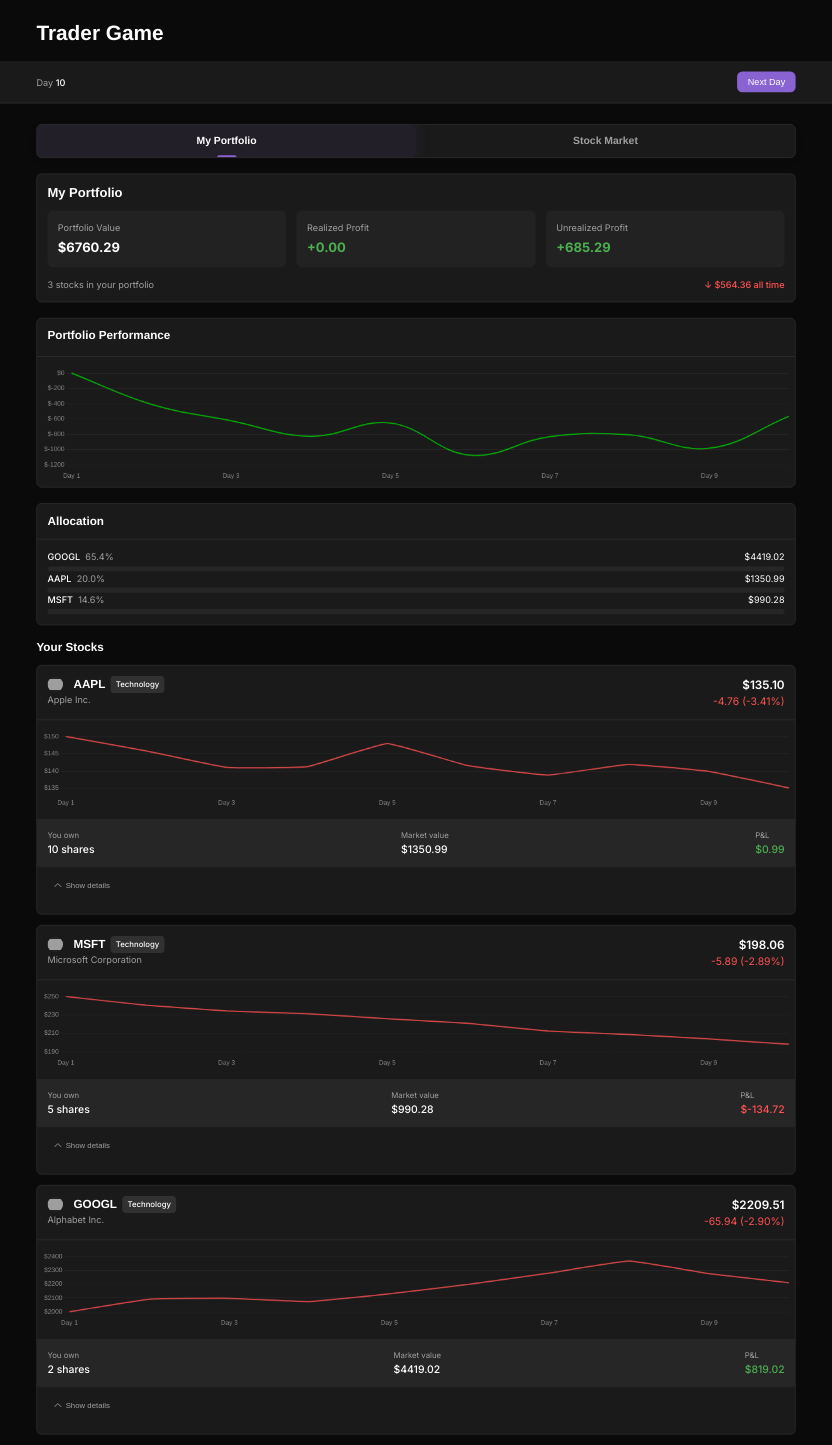
Repository: jp-valino/tradergame
Page: / (app in web-ui/)
The author's editor kept a copy of each file at every save. The page is drawn from the files as they stood at one save, then again after the next save.
The browser window is 1280 px wide. The pictures show the whole page, at 65% of full size.
Pictures or frames that could not be fetched are drawn as grey boxes. Some web fonts or font styles are not loaded; a fallback is used. The project was rebuilt for these pictures with package versions that can differ from the ones it lists, and the page was loaded fresh each time. Also part of the build but not shown: web-ui/src/components/StockMarket.tsx.

Above is the page before, as saved 2025-03-14 20:38:03.

### web-ui/public/index.html
<!DOCTYPE html>
<html lang="en">
  <head>
    <meta charset="utf-8" />
    <link rel="icon" href="%PUBLIC_URL%/favicon.ico" />
    <meta name="viewport" content="width=device-width, initial-scale=1" />
    <meta name="theme-color" content="#1e1e1e" />
    <meta
      name="description"
      content="Trader Game - A stock trading simulation game"
    />
    <link rel="apple-touch-icon" href="%PUBLIC_URL%/logo192.png" />
    <link rel="manifest" href="%PUBLIC_URL%/manifest.json" />
    <title>Trader Game</title>
    <link href="https://fonts.googleapis.com/css2?family=Switzer:wght@300;400;500;600;700&display=swap" rel="stylesheet">
  </head>
  <body>
    <noscript>You need to enable JavaScript to run this app.</noscript>
    <div id="root"></div>
    <!--
      This HTML file is a template.
      If you open it directly in the browser, you will see an empty page.

      You can add webfonts, meta tags, or analytics to this file.
      The build step will place the bundled scripts into the <body> tag.

      To begin the development, run `npm start` or `yarn start`.
      To create a production bundle, use `npm run build` or `yarn build`.
    -->
    <script>
      // Handle scrolling header effect
      document.addEventListener('DOMContentLoaded', function() {
        const handleScroll = () => {
          const header = document.querySelector('.site-header');
          if (header) {
            if (window.scrollY > 50) {
              header.classList.add('scrolled');
            } else {
              header.classList.remove('scrolled');
            }
          }
        };

        window.addEventListener('scroll', handleScroll);
        handleScroll(); // Initial check
      });
    </script>
  </body>
</html>

### web-ui/src/index.tsx
import React from 'react';
import ReactDOM from 'react-dom/client';
import App from './App';
import './styles/index.css';

const root = ReactDOM.createRoot(
  document.getElementById('root') as HTMLElement
);

root.render(
  <React.StrictMode>
    <App />
  </React.StrictMode>
);

### web-ui/src/components/Header.tsx
import React from 'react';
import { StockPortfolio } from '../types';

interface HeaderProps {
  portfolio: StockPortfolio | null;
  onProgressDay: () => void;
  onReset: () => void;
  onSave: () => void;
  onLoad: () => void;
}

const Header: React.FC<HeaderProps> = ({
  portfolio,
  onProgressDay,
  onReset,
  onSave,
  onLoad
}) => {
  return (
    <div className="app-header mb-4">
      <div className="container flex justify-between items-center">
        <div className="flex items-center">
          <div className="mr-8">
            <p className="text-secondary text-sm">
              Day <span className="text-primary font-medium">{portfolio?.tradingDay || 1}</span>
            </p>
          </div>

          {portfolio && (
            <div className="hidden md:flex items-center">
              <div className="stock-badge mr-2 badge-bull">
                <span className={`${portfolio.marketState === 'BULL' ? 'text-success' : 'text-secondary'}`}>
                  BULL
                </span>
              </div>
              <div className="stock-badge mr-2 badge-bear">
                <span className={`${portfolio.marketState === 'BEAR' ? 'text-error' : 'text-secondary'}`}>
                  BEAR
                </span>
              </div>
            </div>
          )}
        </div>

        <div className="hidden md:flex gap-6">
          {portfolio && (
            <div className="text-right">
              <p className="text-secondary text-xs">Cash</p>
              <p className="text-lg font-medium">
                ${portfolio.cash.toFixed(2)}
              </p>
            </div>
          )}
          {portfolio && (
            <div className="text-right">
              <p className="text-secondary text-xs">Portfolio Value</p>
              <p className="text-lg font-medium">
                ${portfolio.portfolioValue.toFixed(2)}
              </p>
            </div>
          )}
          {portfolio && (
            <div className="text-right">
              <p className="text-secondary text-xs">Total P&L</p>
              <p className={`text-lg font-medium ${portfolio.totalPnl >= 0 ? 'text-success' : 'text-error'}`}>
                ${portfolio.totalPnl.toFixed(2)}
              </p>
            </div>
          )}
        </div>

        <div className="flex gap-2">
          <button className="btn" onClick={onProgressDay}>
            Next Day
          </button>
          <div className="hidden md:flex gap-2">
            <button className="btn btn-secondary" onClick={onSave}>
              Save
            </button>
            <button className="btn btn-secondary" onClick={onLoad}>
              Load
            </button>
            <button className="btn btn-secondary" onClick={onReset}>
              Reset
            </button>
          </div>
          <div className="md:hidden">
            <button className="btn btn-secondary p-2" onClick={() => {
              const menu = document.getElementById('mobile-menu');
              if (menu) {
                menu.classList.toggle('hidden');
              }
            }}>
              ☰
            </button>
          </div>
        </div>
      </div>

      {/* Mobile menu */}
      <div id="mobile-menu" className="hidden md:hidden mt-4 p-4 bg-secondary rounded fade-in">
        <div className="flex justify-between mb-4">
          {portfolio && (
            <div>
              <p className="text-secondary text-xs">Cash</p>
              <p className="text-md font-medium">
                ${portfolio.cash.toFixed(2)}
              </p>
            </div>
          )}
          {portfolio && (
            <div>
              <p className="text-secondary text-xs">Portfolio Value</p>
              <p className="text-md font-medium">
                ${portfolio.portfolioValue.toFixed(2)}
              </p>
            </div>
          )}
        </div>
        <div className="flex gap-2 justify-between">
          <button className="btn btn-secondary flex-1" onClick={onSave}>
            Save
          </button>
          <button className="btn btn-secondary flex-1" onClick={onLoad}>
            Load
          </button>
          <button className="btn btn-secondary flex-1" onClick={onReset}>
            Reset
          </button>
        </div>
      </div>
    </div>
  );
};

export default Header;

### web-ui/src/components/Portfolio.tsx
import React from 'react';
import { Stock } from '../types';
import StockCard from './StockCard';
import { Line } from 'react-chartjs-2';
import {
  Chart as ChartJS,
  CategoryScale,
  LinearScale,
  PointElement,
  LineElement,
  Title,
  Tooltip,
  Legend,
  ChartOptions
} from 'chart.js';

// Register Chart.js components
ChartJS.register(
  CategoryScale,
  LinearScale,
  PointElement,
  LineElement,
  Title,
  Tooltip,
  Legend
);

interface PortfolioProps {
  stocks: Stock[];
  pnlHistory: number[];
  onSell: (symbol: string, quantity: number) => void;
}

const Portfolio: React.FC<PortfolioProps> = ({ stocks, pnlHistory, onSell }) => {
  const chartData = {
    labels: Array.from({ length: pnlHistory.length }, (_, i) => `Day ${i + 1}`),
    datasets: [
      {
        label: 'Portfolio P&L',
        data: pnlHistory,
        borderColor: 'rgba(0, 200, 5, 0.8)',
        backgroundColor: 'rgba(0, 200, 5, 0.1)',
        tension: 0.4,
        borderWidth: 2,
        pointRadius: 0,
        pointHoverRadius: 4,
        fill: true,
      },
    ],
  };

  const chartOptions: ChartOptions<'line'> = {
    responsive: true,
    maintainAspectRatio: false,
    scales: {
      y: {
        type: 'linear',
        ticks: {
          color: 'rgba(160, 160, 160, 0.8)',
          font: {
            size: 10,
          },
          callback: function(tickValue: number | string) {
            return `$${Number(tickValue).toFixed(0)}`;
          },
        },
        grid: {
          color: 'rgba(255, 255, 255, 0.05)',
        },
        border: {
          display: false,
        }
      },
      x: {
        ticks: {
          color: 'rgba(160, 160, 160, 0.8)',
          maxRotation: 0,
          autoSkip: true,
          maxTicksLimit: 5,
          font: {
            size: 10,
          }
        },
        grid: {
          display: false,
        },
        border: {
          display: false,
        }
      },
    },
    plugins: {
      legend: {
        display: false,
      },
      tooltip: {
        backgroundColor: 'rgba(26, 26, 26, 0.9)',
        titleColor: '#ffffff',
        bodyColor: '#ffffff',
        borderColor: 'rgba(0, 200, 5, 0.8)',
        borderWidth: 1,
        padding: 10,
        cornerRadius: 4,
        displayColors: false,
        callbacks: {
          label: function(context: any) {
            return `$${context.raw.toFixed(2)}`;
          },
        },
      },
    },
    interaction: {
      mode: 'index',
      intersect: false,
    },
  };

  // Calculate total portfolio value
  const totalValue = stocks.reduce((sum, stock) => sum + (stock.currentPrice * stock.quantity), 0);

  // Calculate total realized profit
  const totalRealizedProfit = stocks.reduce((sum, stock) => sum + stock.realizedProfit, 0);

  // Calculate total potential profit
  const totalPotentialProfit = stocks.reduce((sum, stock) => sum + stock.potentialProfit, 0);

  // Calculate allocation percentages
  const stocksWithAllocation = stocks.map(stock => ({
    ...stock,
    allocation: (stock.currentPrice * stock.quantity) / totalValue * 100
  }));

  // Sort by allocation (highest first)
  const sortedStocks = [...stocksWithAllocation].sort((a, b) =>
    (b.currentPrice * b.quantity) - (a.currentPrice * a.quantity)
  );

  return (
    <div>
      <div className="card mb-6 p-4">
        <h2 className="text-xl font-bold mb-4">My Portfolio</h2>

        <div className="grid grid-cols-1 md:grid-cols-3 gap-4 mb-4">
          <div className="bg-secondary p-4 rounded">
            <div className="text-secondary text-sm mb-1">Portfolio Value</div>
            <div className="text-xl font-bold">${totalValue.toFixed(2)}</div>
          </div>

          <div className="bg-secondary p-4 rounded">
            <div className="text-secondary text-sm mb-1">Realized Profit</div>
            <div className={`text-xl font-bold ${totalRealizedProfit >= 0 ? 'text-success' : 'text-error'}`}>
              {totalRealizedProfit >= 0 ? '+' : ''}{totalRealizedProfit.toFixed(2)}
            </div>
          </div>

          <div className="bg-secondary p-4 rounded">
            <div className="text-secondary text-sm mb-1">Unrealized Profit</div>
            <div className={`text-xl font-bold ${totalPotentialProfit >= 0 ? 'text-success' : 'text-error'}`}>
              {totalPotentialProfit >= 0 ? '+' : ''}{totalPotentialProfit.toFixed(2)}
            </div>
          </div>
        </div>

        <div className="flex justify-between items-center">
          <div className="text-secondary text-sm">
            {stocks.length > 0 ? (
              <>{stocks.length} stock{stocks.length !== 1 ? 's' : ''} in your portfolio</>
            ) : (
              <>No stocks in your portfolio</>
            )}
          </div>

          {pnlHistory.length > 0 && (
            <div className={`text-sm font-medium ${pnlHistory[pnlHistory.length - 1] >= 0 ? 'text-success' : 'text-error'}`}>
              {pnlHistory[pnlHistory.length - 1] >= 0 ? '↑' : '↓'} ${Math.abs(pnlHistory[pnlHistory.length - 1]).toFixed(2)} all time
            </div>
          )}
        </div>
      </div>

      {pnlHistory.length > 0 && (
        <div className="card mb-6 overflow-hidden">
          <div className="p-4 border-b border-color-border">
            <h3 className="text-lg font-bold mb-1">Portfolio Performance</h3>
          </div>
          <div style={{ height: '200px', padding: '16px 8px 8px 8px' }}>
            <Line data={chartData} options={chartOptions} />
          </div>
        </div>
      )}

      {stocks.length > 0 && (
        <div className="card mb-6 overflow-hidden">
          <div className="p-4 border-b border-color-border">
            <h3 className="text-lg font-bold">Allocation</h3>
          </div>
          <div className="p-4">
            {sortedStocks.map(stock => (
              <div key={`allocation-${stock.symbol}`} className="mb-3 last:mb-0">
                <div className="flex justify-between text-sm mb-1">
                  <div className="flex items-center">
                    <span className="font-medium">{stock.symbol}</span>
                    <span className="text-secondary ml-2">{stock.allocation.toFixed(1)}%</span>
                  </div>
                  <span>${(stock.currentPrice * stock.quantity).toFixed(2)}</span>
                </div>
                <div className="bg-tertiary rounded-full h-2 w-full overflow-hidden">
                  <div
                    className="bg-accent h-full rounded-full"
                    style={{ width: `${stock.allocation}%` }}
                  ></div>
                </div>
              </div>
            ))}
          </div>
        </div>
      )}

      <h3 className="text-lg font-bold mb-4">Your Stocks</h3>

      {stocks.length === 0 ? (
        <div className="card text-center p-8">
          <div className="mb-4">
            <svg width="64" height="64" viewBox="0 0 24 24" fill="none" xmlns="http://www.w3.org/2000/svg" className="mx-auto mb-4">
              <path d="M12 22C17.5228 22 22 17.5228 22 12C22 6.47715 17.5228 2 12 2C6.47715 2 2 6.47715 2 12C2 17.5228 6.47715 22 12 22Z" stroke="rgba(160, 160, 160, 0.5)" strokeWidth="2" strokeLinecap="round" strokeLinejoin="round"/>
              <path d="M8 14C8 14 9.5 16 12 16C14.5 16 16 14 16 14" stroke="rgba(160, 160, 160, 0.5)" strokeWidth="2" strokeLinecap="round" strokeLinejoin="round"/>
              <path d="M9 9H9.01" stroke="rgba(160, 160, 160, 0.5)" strokeWidth="2" strokeLinecap="round" strokeLinejoin="round"/>
              <path d="M15 9H15.01" stroke="rgba(160, 160, 160, 0.5)" strokeWidth="2" strokeLinecap="round" strokeLinejoin="round"/>
            </svg>
          </div>
          <h3 className="text-lg font-bold mb-2">Your portfolio is empty</h3>
          <p className="text-secondary mb-4">You don't own any stocks yet.</p>
          <p className="text-secondary">Go to the Stock Market tab to start trading!</p>
        </div>
      ) : (
        <div className="grid grid-cols-1 gap-4">
          {stocks.map((stock) => (
            <StockCard
              key={stock.symbol}
              stock={stock}
              onSell={onSell}
              onBuy={undefined}
            />
          ))}
        </div>
      )}
    </div>
  );
};

export default Portfolio;

### web-ui/src/services/api.ts
import axios from 'axios';
import { Stock, StockPortfolio, StockTransaction, NewStockRequest } from '../types';
import {
  getMockPortfolio,
  mockBuyStock,
  mockSellStock,
  mockProgressDay,
  mockResetPortfolio,
  mockCreateStock
} from './mockData';

// Flag to determine whether to use mock data or real API
const USE_MOCK_DATA = true;

const API_URL = '/api/portfolio';

export const getPortfolio = async (): Promise<StockPortfolio> => {
  if (USE_MOCK_DATA) {
    // Simulate network delay
    await new Promise(resolve => setTimeout(resolve, 500));
    return getMockPortfolio();
  }

  const response = await axios.get<StockPortfolio>(API_URL);
  return response.data;
};

export const getStocks = async (): Promise<Stock[]> => {
  if (USE_MOCK_DATA) {
    // Simulate network delay
    await new Promise(resolve => setTimeout(resolve, 500));
    return getMockPortfolio().stocks;
  }

  const response = await axios.get<Stock[]>(`${API_URL}/stocks`);
  return response.data;
};

export const getStockPool = async (): Promise<Stock[]> => {
  if (USE_MOCK_DATA) {
    // Simulate network delay
    await new Promise(resolve => setTimeout(resolve, 500));
    return getMockPortfolio().stockPool;
  }

  const response = await axios.get<Stock[]>(`${API_URL}/pool`);
  return response.data;
};

export const buyStock = async (symbol: string, quantity: number): Promise<StockTransaction> => {
  if (USE_MOCK_DATA) {
    // Simulate network delay
    await new Promise(resolve => setTimeout(resolve, 500));
    const result = mockBuyStock(symbol, quantity);
    return {
      symbol,
      quantity,
      price: result.price,
      type: 'BUY',
      date: new Date().toISOString()
    };
  }

  const response = await axios.post<StockTransaction>(`${API_URL}/buy`, { symbol, quantity });
  return response.data;
};

export const sellStock = async (symbol: string, quantity: number): Promise<StockTransaction> => {
  if (USE_MOCK_DATA) {
    // Simulate network delay
    await new Promise(resolve => setTimeout(resolve, 500));
    const result = mockSellStock(symbol, quantity);
    return {
      symbol,
      quantity,
      price: result.price,
      type: 'SELL',
      date: new Date().toISOString()
    };
  }

  const response = await axios.post<StockTransaction>(`${API_URL}/sell`, { symbol, quantity });
  return response.data;
};

export const progressDay = async (): Promise<StockPortfolio> => {
  if (USE_MOCK_DATA) {
    // Simulate network delay
    await new Promise(resolve => setTimeout(resolve, 500));
    mockProgressDay();
    return getMockPortfolio();
  }

  const response = await axios.post<StockPortfolio>(`${API_URL}/progress-day`);
  return response.data;
};

export const resetPortfolio = async (): Promise<StockPortfolio> => {
  if (USE_MOCK_DATA) {
    // Simulate network delay
    await new Promise(resolve => setTimeout(resolve, 500));
    mockResetPortfolio();
    return getMockPortfolio();
  }

  const response = await axios.post<StockPortfolio>(`${API_URL}/reset`);
  return response.data;
};

export const savePortfolio = async (): Promise<void> => {
  if (USE_MOCK_DATA) {
    // Simulate network delay
    await new Promise(resolve => setTimeout(resolve, 500));
    // In mock mode, we don't need to do anything for save
    return;
  }

  await axios.post(`${API_URL}/save`);
};

export const loadPortfolio = async (): Promise<StockPortfolio> => {
  if (USE_MOCK_DATA) {
    // Simulate network delay
    await new Promise(resolve => setTimeout(resolve, 500));
    // In mock mode, just return the current portfolio
    return getMockPortfolio();
  }

  const response = await axios.post<StockPortfolio>(`${API_URL}/load`);
  return response.data;
};

export const createStock = async (name: string, symbol: string, sector: string): Promise<Stock> => {
  if (USE_MOCK_DATA) {
    // Simulate network delay
    await new Promise(resolve => setTimeout(resolve, 500));
    mockCreateStock(name, symbol, sector);
    const portfolio = getMockPortfolio();
    return portfolio.stockPool.find(s => s.symbol === symbol) as Stock;
  }

  const response = await axios.post<Stock>(`${API_URL}/create-stock`, { name, symbol, sector });
  return response.data;
};

Loaded but not shown: web-ui/src/styles/index.css (911 lines, source omitted); web-ui/src/components/StockCard.tsx (351 lines, source omitted); web-ui/src/App.tsx (310 lines, source omitted); web-ui/src/services/mockData.ts (294 lines, source omitted)

After the next save:
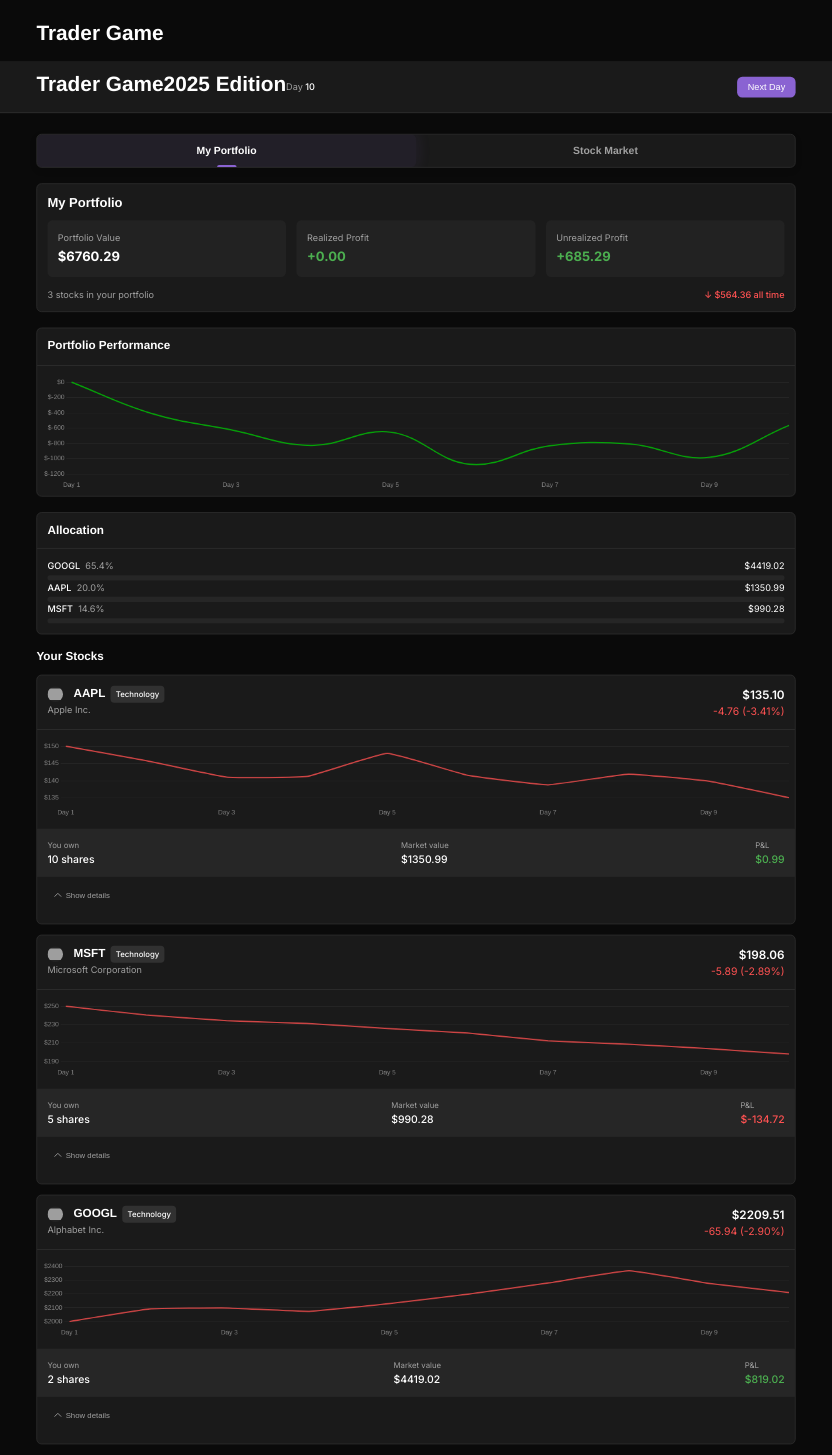
Saved 6 min 24 s later.
--- a/web-ui/src/components/Header.tsx
+++ b/web-ui/src/components/Header.tsx
@@ -7,6 +7,7 @@
   onReset: () => void;
   onSave: () => void;
   onLoad: () => void;
+  isScrolled: boolean;
 }
 
 const Header: React.FC<HeaderProps> = ({
@@ -14,13 +15,32 @@
   onProgressDay,
   onReset,
   onSave,
-  onLoad
+  onLoad,
+  isScrolled
 }) => {
   return (
-    <div className="app-header mb-4">
+    <div className={`app-header mb-4 ${isScrolled ? 'scrolled' : ''}`}>
       <div className="container flex justify-between items-center">
-        <div className="flex items-center">
-          <div className="mr-8">
+        <div className="flex items-center header-content">
+          <div className="site-branding">
+            <div className="site-logo">
+              {isScrolled && (
+                <svg width="24" height="24" viewBox="0 0 24 24" fill="none" xmlns="http://www.w3.org/2000/svg" className="header-icon">
+                  <path d="M3 9L12 2L21 9V20C21 20.5304 20.7893 21.0391 20.4142 21.4142C20.0391 21.7893 19.5304 22 19 22H5C4.46957 22 3.96086 21.7893 3.58579 21.4142C3.21071 21.0391 3 20.5304 3 20V9Z" stroke="currentColor" strokeWidth="2" strokeLinecap="round" strokeLinejoin="round"/>
+                  <path d="M9 22V12H15V22" stroke="currentColor" strokeWidth="2" strokeLinecap="round" strokeLinejoin="round"/>
+                  <path d="M17 7L21 9" stroke="currentColor" strokeWidth="2" strokeLinecap="round" strokeLinejoin="round" className="accent-stroke"/>
+                  <path d="M7 7L3 9" stroke="currentColor" strokeWidth="2" strokeLinecap="round" strokeLinejoin="round" className="accent-stroke"/>
+                  <path d="M12 2L17 7H7L12 2Z" stroke="currentColor" strokeWidth="2" strokeLinecap="round" strokeLinejoin="round" className="accent-stroke"/>
+                </svg>
+              )}
+              <h1 className="site-title">
+                <span className="title-main">Trader Game</span>
+                <span className="title-edition">2025 Edition</span>
+              </h1>
+            </div>
+          </div>
+
+          <div className="mr-8 trading-day">
             <p className="text-secondary text-sm">
               Day <span className="text-primary font-medium">{portfolio?.tradingDay || 1}</span>
             </p>
